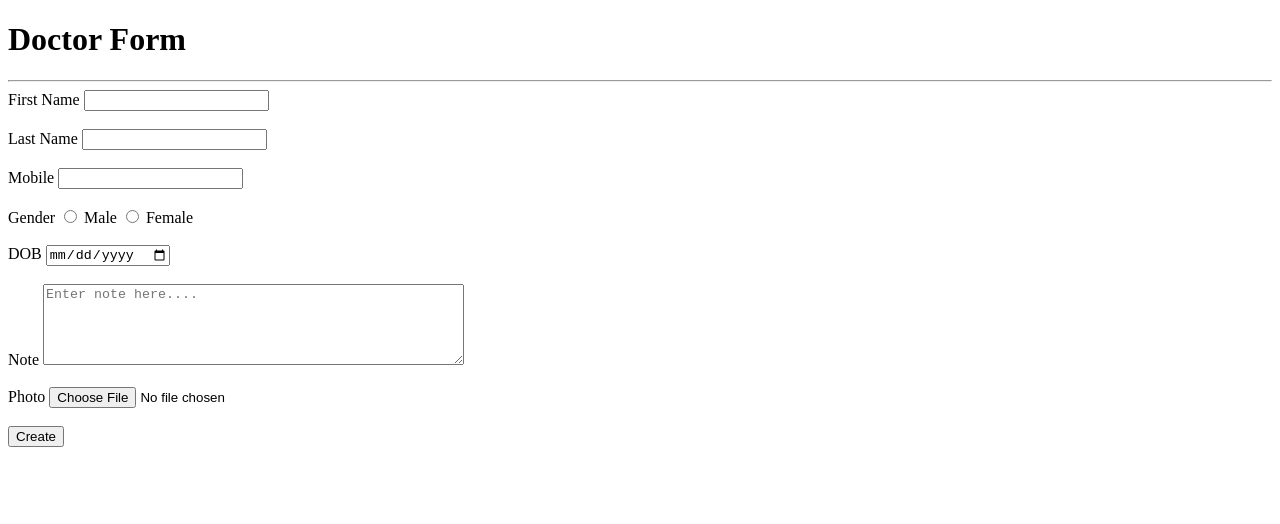
Repository: aayush105/Advance-Java
Page: http://localhost/Doctorpatient/patient.jsp
The author's editor kept a copy of each file at every save. The page is drawn from the files as they stood at one save, then again after the next save.
The browser window is 1280 px wide. The pictures show the whole page.
The page is served by Tomcat 10. Other server files are loaded and not shown.

Above is the page before, as saved 2023-07-20 11:24:47.

### Doctorpatient/src/main/webapp/patient.jsp
<%@ page language="java" contentType="text/html; charset=UTF-8"
    pageEncoding="UTF-8"%>
<!DOCTYPE html>
<html>
<head>
<meta charset="UTF-8">
<title>Patient</title>
</head>
<body>

<h1>Doctor Form</h1>
<hr>
<form action="DoctorServlet" method="POST">

First Name <input type ="text" name ="fname"><br><br>
Last Name <input type ="text" name ="lname"><br><br>
Mobile <input type ="text" name ="mobile"><br><br>
Gender <input type="radio" name="gender" value="male"> Male
<input type="radio" name="gender" value="female"> Female
<br><br>
DOB <input type ="date" name ="date"> <br><br>
Note <textarea rows = "5" cols = "50" name = "note" placeholder ="Enter note here...."></textarea><br><br>
Photo <input type="file" name="photo"><br><br>
  <input type="submit" value="Create" >

</form>

</body>
</html>

After the next save:
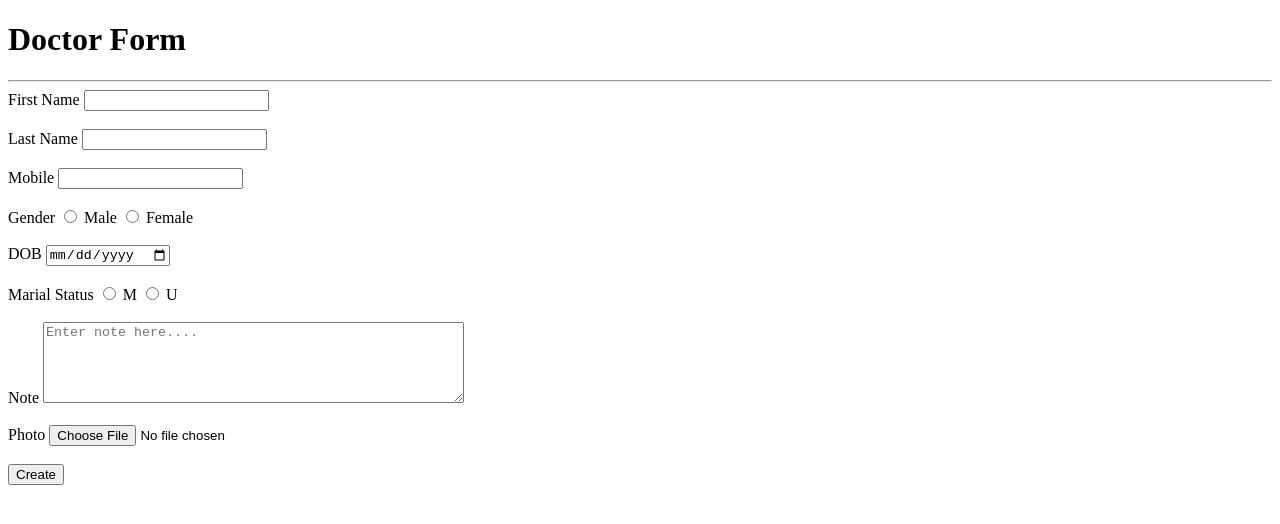
Saved 63 s later.
--- a/Doctorpatient/src/main/webapp/patient.jsp
+++ b/Doctorpatient/src/main/webapp/patient.jsp
@@ -19,6 +19,9 @@ Gender <input type="radio" name="gender" value="male"> Male
 <input type="radio" name="gender" value="female"> Female
 <br><br>
 DOB <input type ="date" name ="date"> <br><br>
+Marial Status <input type="radio" name="status" value="M"> M
+<input type="radio" name="status" value="U"> U
+<br><br>
 Note <textarea rows = "5" cols = "50" name = "note" placeholder ="Enter note here...."></textarea><br><br>
 Photo <input type="file" name="photo"><br><br>
   <input type="submit" value="Create" >
